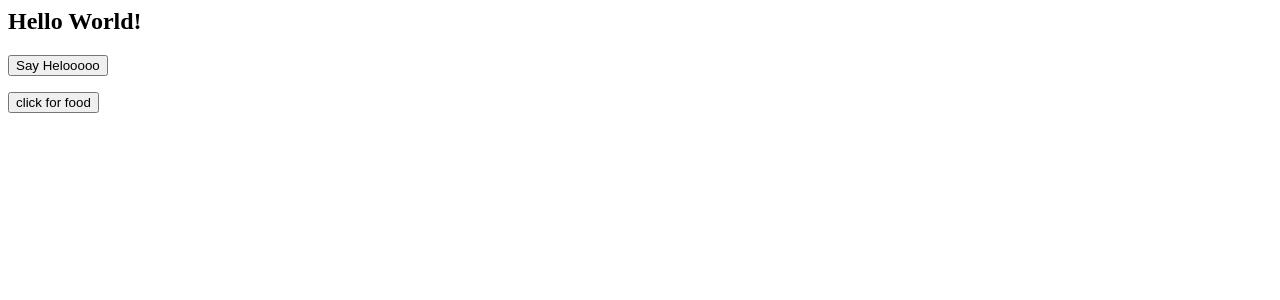
Repository: PuneethXworkz/core-java
Page: http://localhost/springmvc_app/
The author's editor kept a copy of each file at every save. The page is drawn from the files as they stood at one save, then again after the next save.
The browser window is 1280 px wide. The pictures show the whole page.
The page is served by Tomcat 9. Nobody is signed in. The application's start-up code is not run.

Above is the page before, as saved 2022-11-01 05:03:51.

After the next save:
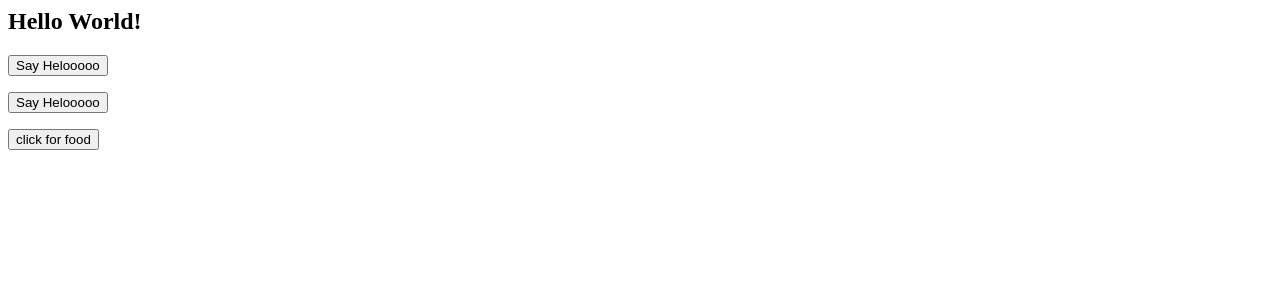
Saved 3 min 8 s later.
--- a/springmvc_app/src/main/webapp/index.jsp
+++ b/springmvc_app/src/main/webapp/index.jsp
@@ -2,6 +2,12 @@
 <body>
 <h2>Hello World!</h2>
 <form action="hello" >
+<pre>
+<input type="submit" value="Say Helooooo">
+</pre>
+</form>
+
+<form action="sayhello" >
 <pre>
 <input type="submit" value="Say Helooooo">
 </pre>
